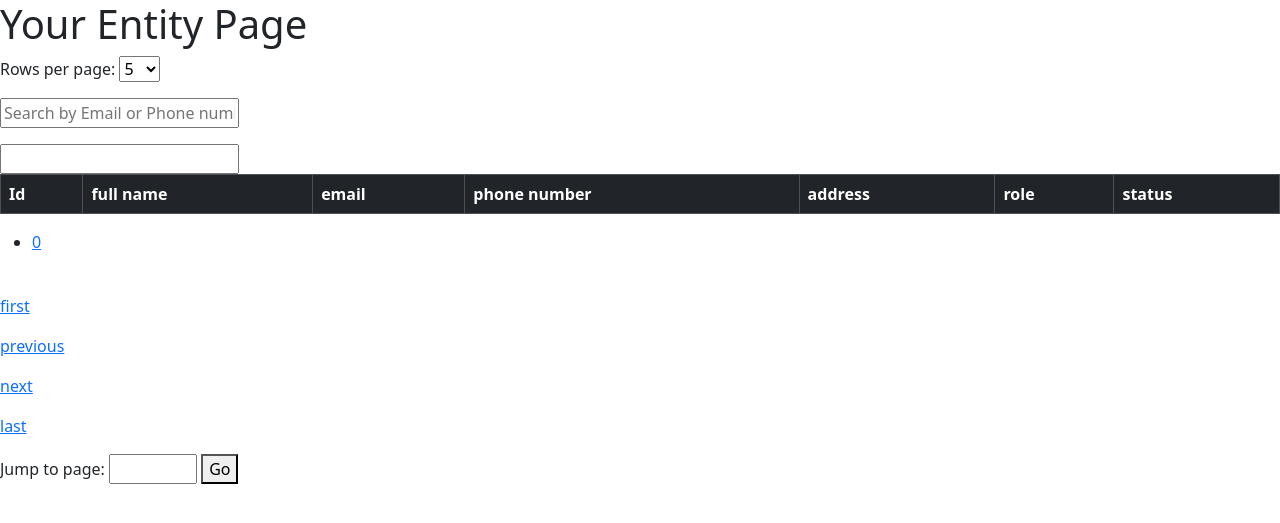
Repository: haitmq97/java-lab
Page: http://localhost/PRJ321x_Project1_haitmqfx22585/WEB-INF/views/page-list.jsp
An editor plug-in stored every save of this project. The page is shown before and after the next save, followed by the edit.
The browser window is 1280 px wide. The pictures show the whole page.
The page is served by Tomcat 9. Nobody is signed in. Other server files are loaded and not shown. The template is opened directly, without the code that normally fills it, so the values that code supplies are empty.

Above is the page before, as saved 2024-01-13 19:41:35.

### PRJ321x_Project1_haitmqfx22585/WebContent/WEB-INF/views/page-list.jsp
<%@ page contentType="text/html;charset=UTF-8" language="java"%>
<%@ taglib prefix="c" uri="http://java.sun.com/jsp/jstl/core"%>
<html>
<head>
<title>Your Entity Page</title>

<meta name="viewport" content="width=device-width, initial-scale=1">

<link
	href="https://cdn.jsdelivr.net/npm/bootstrap@5.3.2/dist/css/bootstrap.min.css"
	rel="stylesheet"
	integrity="sha384-T3c6CoIi6uLrA9TneNEoa7RxnatzjcDSCmG1MXxSR1GAsXEV/Dwwykc2MPK8M2HN"
	crossorigin="anonymous">



</head>
<body>
	<h1>Your Entity Page</h1>

	<form action="" method="get">
		<label for="pageSize">Rows per page:</label> <select id="pageSize"
			name="size" onchange="this.form.submit()">
			<option value="5" ${paginatedData.size == 5 ? 'selected' : ''}>5</option>
			<option value="10" ${paginatedData.size == 10 ? 'selected' : ''}>10</option>
			<option value="15" ${paginatedData.size == 15 ? 'selected' : ''}>15</option>
			<option value="20" ${paginatedData.size == 20 ? 'selected' : ''}>20</option>
			<!-- Add more options as needed -->
		</select>
		<noscript>
			<input type="submit" value="Submit">
		</noscript>
	</form>
	<%--
	<form action="" method="get">
		<input type="text" name="searchingValue" value="${searchingValue}"
			placeholder="Search by Email or Phone number"
			oninput="this.form.submit()"></input>

		<noscript>
			<input type="submit" value="Submit">
		</noscript>
	</form>

--%>

	<form action="" method="get">
		<input type="text" name="searchInput"
			placeholder="Search by Email or Phone number"
			oninput="return changeVariable(this.value)"></input>

		<noscript>
			<input type="submit" value="Submit">
		</noscript>
	</form>
	<input type="text" id="a1"  name="searchingValue" value="${searchingValue}"></input>


	<%-- customer list --%>
	<table
		class="table table-bordered table-striped border-black table-success">
		<thead>
			<tr class="table-dark">
				<th>Id</th>
				<th>full name</th>
				<th>email</th>
				<th>phone number</th>
				<th>address</th>
				<th>role</th>
				<th>status</th>

			</tr>
		</thead>

		<tbody class="table-group-divider">
			<!-- loop over and print customer in list -->


			<c:forEach var="tempUser" items="${paginatedData.content}">
				<tr>
					<td>${tempUser.id}</td>
					<td>${tempUser.fullName}</td>
					<td>${tempUser.email}</td>
					<td>${tempUser.phoneNumber}</td>
					<td>${tempUser.address}</td>
					<td>${tempUser.role.roleName}</td>
					<td>${tempUser.status}</td>

				</tr>
			</c:forEach>
		</tbody>
	</table>


	<div>
		<ul>
			<c:forEach var="i" begin="${paginatedData.number}"
				end="${paginatedData.totalPages}">
				<li><a href="?page=${i}&size=${paginatedData.size}">${i}</a></li>
			</c:forEach>
		</ul>

		<br>
		<div>
			<p>
				<a
					href="?page=0&size=${currentSize}&searchingValue=${searchingValue}">first</a>
			</p>
			<p>
				<a
					href="?page=${prevPage}&size=${currentSize}&searchingValue=${searchingValue}">previous</a>
			</p>
			<p>
				<a
					href="?page=${nextPage}&size=${currentSize}&searchingValue=${searchingValue}">next</a>
			</p>
			<p>
				<a
					href="?page=${paginatedData.totalPages-1}&size=${currentSize}&searchingValue=${searchingValue}">last</a>
			</p>



			<form action="" method="get">
				<label for="jumpToPage">Jump to page:</label> <input type="number"
					id="jumpToPage" name="page" min="0"
					max="${paginatedData.totalPages - 1}" required> <input
					type="hidden" name="size" value="${currentSize}">
				<button type="submit">Go</button>
			</form>

		</div>

	</div>


	<script>
		function changeVariable(stringParam) {
			document.getElementById("a1").value = stringParam;
			return true;
		}
	</script>

</body>
</html>

After the next save:
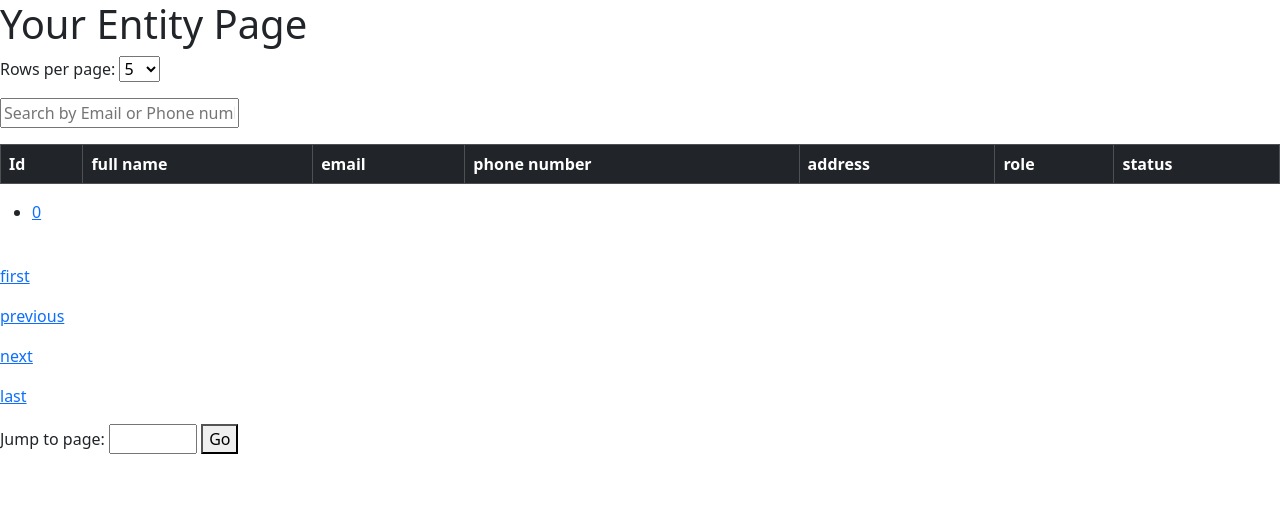
Saved 12 s later.
--- a/PRJ321x_Project1_haitmqfx22585/WebContent/WEB-INF/views/page-list.jsp
+++ b/PRJ321x_Project1_haitmqfx22585/WebContent/WEB-INF/views/page-list.jsp
@@ -53,6 +53,7 @@
 			<input type="submit" value="Submit">
 		</noscript>
 	</form>
+	<p
 	<input type="text" id="a1"  name="searchingValue" value="${searchingValue}"></input>
 
 

After the save that followed:
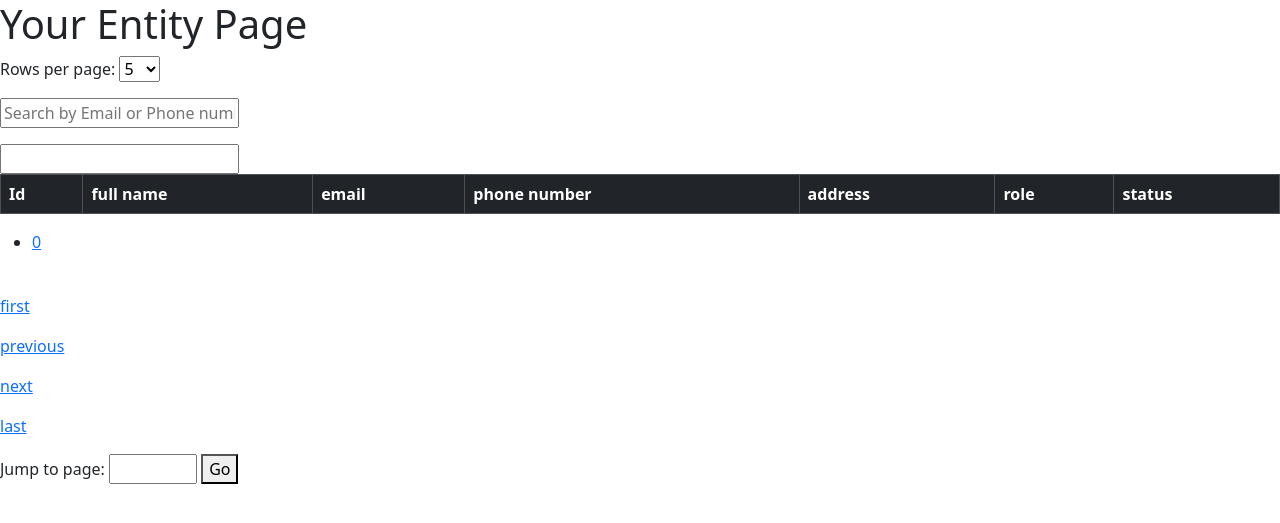
Saved 3 s later.
--- a/PRJ321x_Project1_haitmqfx22585/WebContent/WEB-INF/views/page-list.jsp
+++ b/PRJ321x_Project1_haitmqfx22585/WebContent/WEB-INF/views/page-list.jsp
@@ -53,7 +53,7 @@
 			<input type="submit" value="Submit">
 		</noscript>
 	</form>
-	<p
+	<p></p>
 	<input type="text" id="a1"  name="searchingValue" value="${searchingValue}"></input>
 
 
